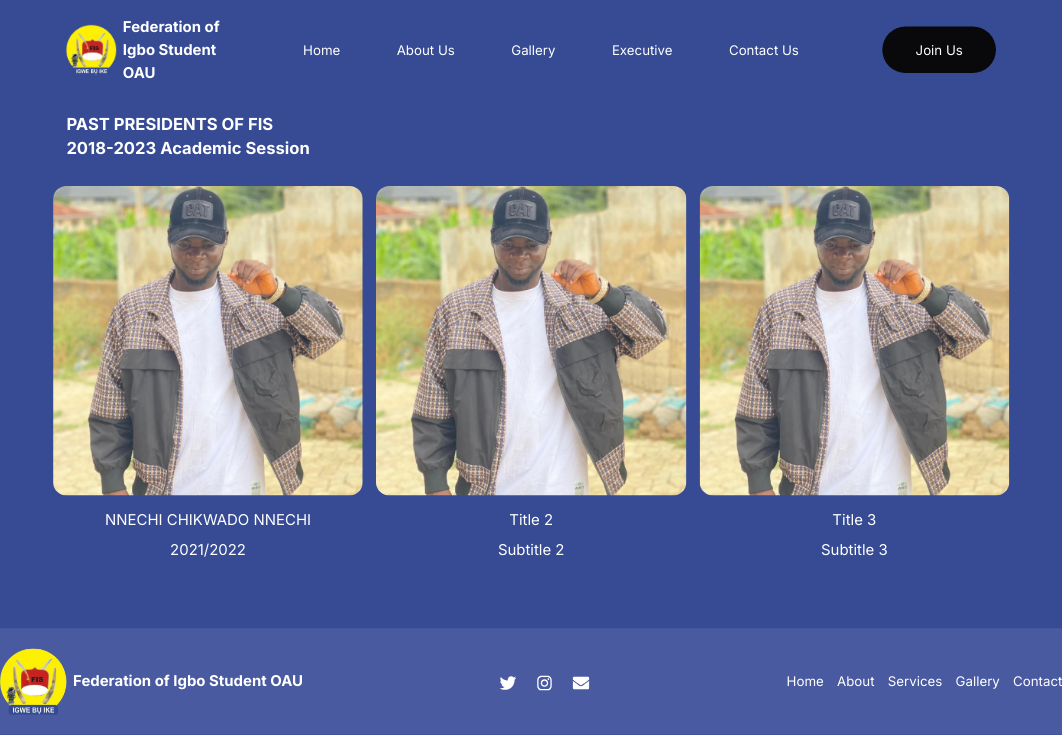
Repository: akinolapo/fis
Page: /executive
An editor plug-in stored every save of this project. The page is shown before and after a run of saves, followed by the edit.
The browser window is 1280 px wide. The pictures show the whole page, at 83% of full size.
The project was rebuilt for these pictures with package versions that can differ from the ones it lists, and the page was loaded fresh each time. The framework's server and built-in components were replaced by stand-ins that run in the browser. Also part of the build but not shown: next.config.mjs.

Above is the page before, as saved 2024-05-06 23:00:02.

After the next 3 saves:
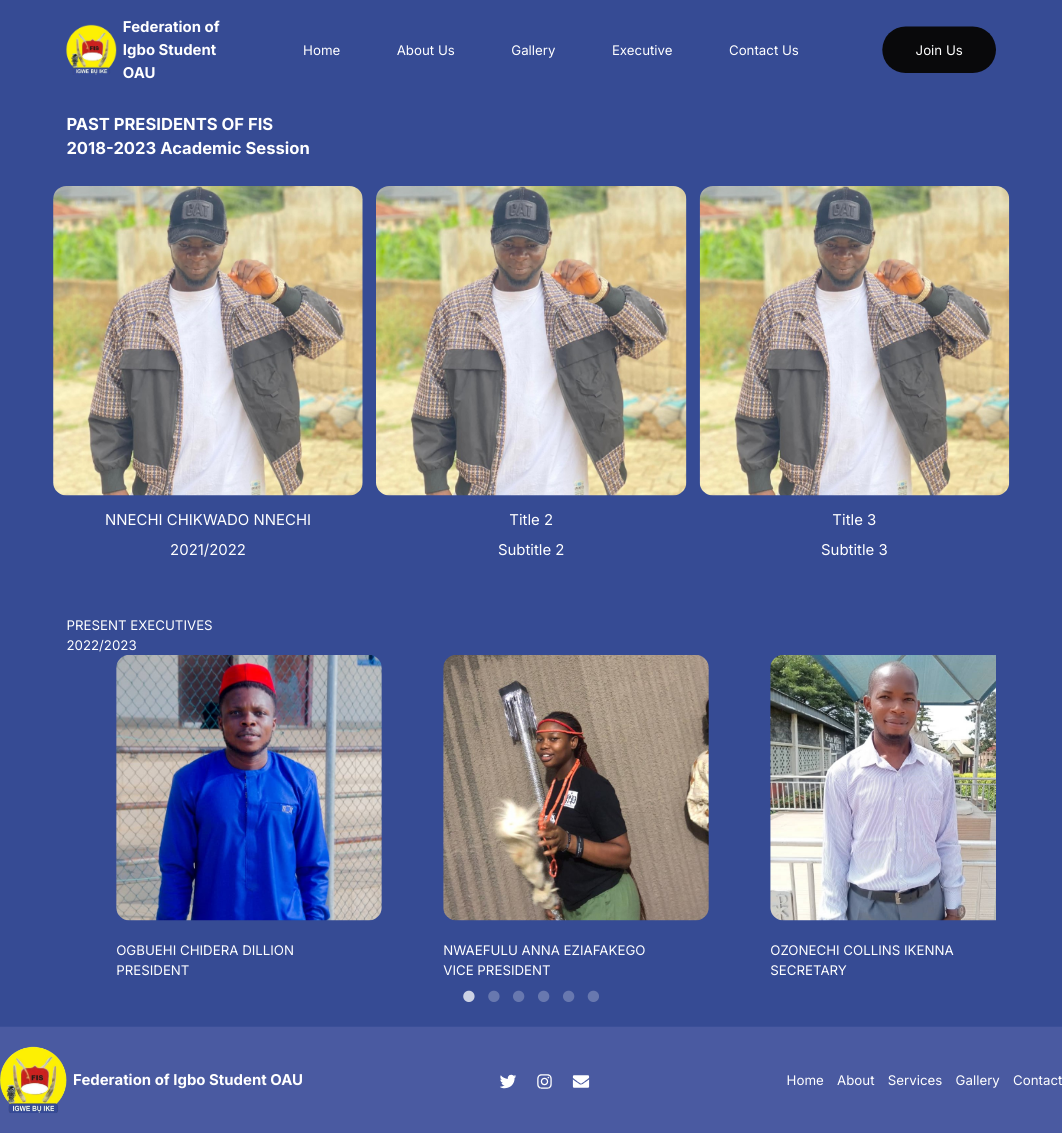
The 3 saves are shown as one change because 2 did not build or start.
The last was saved 83 s later.
--- a/app/executive/page.tsx
+++ b/app/executive/page.tsx
@@ -1,11 +1,13 @@
 import React from 'react'
 import ThreeImagesWithTitles from '../components/ImageTitle/ThreeImagesWithTitles'
+import Excos from '../components/Excos/Excos'
 
 const page = () => {
   return (
     <div className='py-4'>
         <h3 className="font-bold text-xl">PAST PRESIDENTS OF FIS<br></br>2018-2023 Academic Session</h3>
         <ThreeImagesWithTitles/>
+        <Excos/>
     </div>
   )
 }
